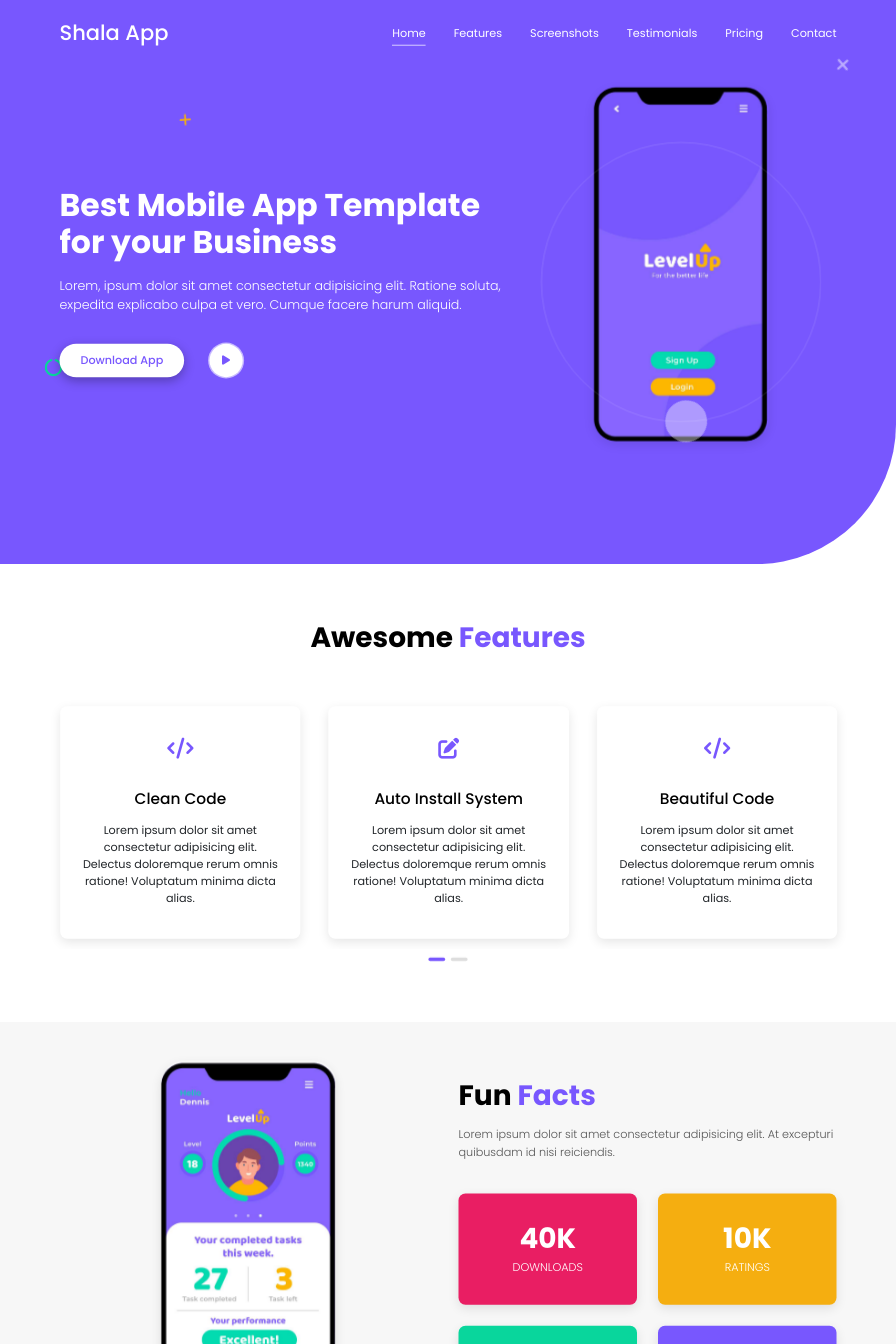
Repository: Mohamed-Hema/Shala-App
Page: index.html
An editor plug-in stored every save of this project. The page is shown before and after the next save, followed by the edit.
The browser window is 1280 px wide. The pictures show the part of the page from y = 0 to 1920 px (the page is 3387 px tall before and 3514 px after), at 70% of full size.
Some web libraries are served in a nearby version.

Above is the page before, as saved 2021-02-21 21:14:52.

### index.html
<!DOCTYPE html>
<html lang="zxx">
<head>
  <title>Shala - App Landing Page</title>
  <meta charset="utf-8">
  <meta name="viewport" content="width=device-width, initial-scale=1">
  <!-- owl carousel css -->
  <link rel="stylesheet" href="css/owl.carousel.min.css">
  <!-- font awesome icons -->
  <script src="https://kit.fontawesome.com/794108ad0e.js" crossorigin="anonymous"></script>
  <!-- bootstrap css -->
  <link rel="stylesheet" href="css/bootstrap.min.css">
  <!-- main css -->
  <link rel="stylesheet" href="css/style.css">
</head>
<body>

  <!-- Start NavBar -->
  <nav class="navbar navbar-expand-md fixed-top">
    <div class="container">
      <!-- Brand -->
      <a class="navbar-brand" href="#">Shala App</a>

      <!-- Toggler/collapsibe Button -->
      <button class="navbar-toggler" type="button" data-toggle="collapse" data-target="#collapsibleNavbar">
        <span class="navbar-toggler-icon"></span>
      </button>

      <!-- Navbar links -->
      <div class="collapse navbar-collapse" id="collapsibleNavbar">
        <ul class="navbar-nav ml-auto">
          <li class="nav-item">
            <a class="nav-link active" href="#">Home</a>
          </li>
          <li class="nav-item">
            <a class="nav-link" href="#">Features</a>
          </li>
          <li class="nav-item">
            <a class="nav-link" href="#">Screenshots</a>
          </li>
          <li class="nav-item">
            <a class="nav-link" href="#">Testimonials</a>
          </li>
          <li class="nav-item">
            <a class="nav-link" href="#">Pricing</a>
          </li>
          <li class="nav-item">
            <a class="nav-link" href="#">Contact</a>
          </li>
        </ul>
      </div>
    </div>
  </nav>

  <!-- End NavBar -->
  <!-- Start Home Section -->
  <section class="home d-flex align-items-center">
    <div class="effect-wrap">
      <i class="fas fa-plus effect effect-1"></i>
      <i class="fas fa-plus effect effect-2"></i>
      <i class="fas fa-circle-notch effect effect-3"></i>
    </div>
    <div class="container">
      <div class="row align-items-center">
        <div class="col-md-7">
          <div class="home-text">
            <h1>Best Mobile App Template for your Business</h1>
            <p>Lorem, ipsum dolor sit amet consectetur adipisicing elit. Ratione soluta, expedita explicabo culpa et vero. Cumque facere harum aliquid.</p>
            <div class="home-btn">
              <a href="#" class="btn btn-1">Download App</a>
              <button type="button" class="btn btn-1 video-play-btn">
                <i class="fas fa-play"></i>
              </button>
            </div>
          </div>
        </div>
        <div class="col-md-5 text-center">
          <div class="home-img">
            <div class="circle"></div>
            <img src="img/app-screenshots/1.png" alt="First App Screen">
          </div>
        </div>
      </div>
    </div>
  </section>
  <!-- End Home Section -->
  <!-- Start Video PopUp -->
  <div class="video-popup">
    <div class="video-popup-inner">
      <i class="fas fa-times video-popup-close"></i>
      <div class="iframe-box">
        <iframe id="player-1" src="https://www.youtube.com/embed/o1eY1MPcRQs" allow="accelerometer; autoplay; clipboard-write; encrypted-media; gyroscope; picture-in-picture" allowfullscreen></iframe>
      </div>
    </div>
  </div>
  <!-- End Video PopUP -->
  <!-- Start Features Section -->
  <section class="features section-padding">
    <div class="container">
      <div class="row justify-content-center">
        <div class="col-lg-8">
          <div class="section-title">
            <h2>Awesome <span>Features</span></h2>
          </div>
        </div>
      </div>
      <div class="row">
        <div class="owl-carousel features-carousel">
          <div class="feature-item">
            <div class="icon"><i class="fas fa-code"></i></div>
            <h3>Clean Code</h3>
            <p>Lorem ipsum dolor sit amet consectetur adipisicing elit. Delectus doloremque rerum omnis ratione! Voluptatum minima dicta alias.</p>
          </div>
          <div class="feature-item">
            <div class="icon"><i class="fas fa-edit"></i></div>
            <h3>Auto Install System</h3>
            <p>Lorem ipsum dolor sit amet consectetur adipisicing elit. Delectus doloremque rerum omnis ratione! Voluptatum minima dicta alias.</p>
          </div>
          <div class="feature-item">
            <div class="icon"><i class="fas fa-code"></i></div>
            <h3>Beautiful Code</h3>
            <p>Lorem ipsum dolor sit amet consectetur adipisicing elit. Delectus doloremque rerum omnis ratione! Voluptatum minima dicta alias.</p>
          </div>
          <div class="feature-item">
            <div class="icon"><i class="fas fa-check"></i></div>
            <h3>Fast Load App</h3>
            <p>Lorem ipsum dolor sit amet consectetur adipisicing elit. Delectus doloremque rerum omnis ratione! Voluptatum minima dicta alias.</p>
          </div>
          <div class="feature-item">
            <div class="icon"><i class="fas fa-desktop"></i></div>
            <h3>Responsive Design</h3>
            <p>Lorem ipsum dolor sit amet consectetur adipisicing elit. Delectus doloremque rerum omnis ratione! Voluptatum minima dicta alias.</p>
          </div>

        </div>
      </div>
    </div>
  </section>

  <!-- End Features Section -->
  <!-- Start Fun Facts Section -->
  <section class="fun-facts section-padding">
    <div class="container">
      <div class="row">
        <div class="col-lg-6 col-md-5 d-flex align-items-center justify-content-center">
          <div class="fun-facts-img">
            <img src="img/app-screenshots/2.png" alt="Fun Facts">
          </div>
        </div>
        <div class="col-lg-6 col-md-7">
          <div class="section-title">
            <h2>Fun <span>Facts</span></h2>
          </div>
          <div class="fun-facts-text">
            <p>Lorem ipsum dolor sit amet consectetur adipisicing elit. At excepturi quibusdam id nisi reiciendis.</p>
            <div class="row">
              <div class="col-sm-6">
                <div class="fun-fact-item style-1">
                  <h3>40K</h3>
                  <span>Downloads</span>
                </div>
              </div>
              <div class="col-sm-6">
                <div class="fun-fact-item style-2">
                  <h3>10K</h3>
                  <span>Ratings</span>
                </div>
              </div>
              <div class="col-sm-6">
                <div class="fun-fact-item style-3">
                  <h3>5K</h3>
                  <span>Monthly Users</span>
                </div>
              </div>
              <div class="col-sm-6">
                <div class="fun-fact-item style-4">
                  <h3>150</h3>
                  <span>Awards</span>
                </div>
              </div>
            </div>
            </div>
          </div>
        </div>
      </div>
    </div>
  </section>

  <!-- End Fun Facts Section -->
  <!-- Start App Screenshots Section -->
  <section class="app-screenshots section-padding">
    <div class="container">
      <div class="row justify-content-center">
        <div class="col-lg-8">
          <div class="section-title">
            <h2>App <span>Screenshots</span></h2>
          </div>
        </div>
      </div>
      <div class="row">
        <div class="owl-carousel screensots-carousel">
          <div class="screenshots-item">
            <img src="img/app-screenshots/1.png" alt="Screenshot">
          </div>
          <div class="screenshots-item">
            <img src="img/app-screenshots/2.png" alt="Screenshot">
          </div>
          <div class="screenshots-item">
            <img src="img/app-screenshots/3.png" alt="Screenshot">
          </div>
          <div class="screenshots-item">
            <img src="img/app-screenshots/1.png" alt="Screenshot">
          </div>
          <div class="screenshots-item">
            <img src="img/app-screenshots/2.png" alt="Screenshot">
          </div>

        </div>
      </div>
    </div>
  </section>

  <!-- End App Screenshots Section -->
  <!-- Start App Downlaod Section -->
  <section class="app-download section-padding">
    <div class="container">
      <div class="row justify-content-center">
        <div class="col-lg-8">
          <div class="section-title">
            <h2>Download <span>App</span></h2>
          </div>
        </div>
      </div>
      <div class="row">
        <div class="col-lg-4 col-md-6">
          <div class="app-download-item">
            <i class="fas fa-google-play">
              <h3>Google Play</h3>
              <p>Lorem ipsum dolor sit amet consectetur adipisicing elit.</p>
              <a href="#" class="btn btn-2"></a>
            </i>
          </div>
        </div>
      </div>
    </div>
  </section>
  <!-- End App Downlaod Section -->

<!-- jquery js -->
<script src="js/jquery.min.js"></script>
<!-- popper js -->
<script src="js/popper.min.js"></script>
<!-- bootstrap js -->
<script src="js/bootstrap.min.js"></script>
<!-- owl carousel js -->
<script src="js/owl.carousel.min.js"></script>
<!-- ScrollIt js -->
<script src="js/scrollIt.min.js"></script>
<!-- main js -->
<script src="js/main.js"></script>
</body>
</html>

### css/style.css
/* Start Global Styles */
@import url('https://fonts.googleapis.com/css2?family=Poppins:wght@300;400;500;600;700;800;900&display=swap');

*{
    margin: 0;
    padding: 0;
    outline: none!important;
}

:root{
    --main-color: #7857fe;
    --color-1: #e91e63;
    --color-2: #f5ae10;
    --color-3: #09d69c;
    --bg-dark: #2b2c2f;
    --main-to-dark-color: var(--main-color);
    --dark-to-main-color: var(--bg-dark);
    --shadow-black-100: 0 5px 15px rgba(0,0,0,.1);
    --shadow-black-300: 0 5px 15px rgba(0,0,0,.3);
    --black-900: #000;
    --black-400: #555555;
    --black-100: #f7f7f7;
    --black-000: #fff;
    --black-alpha-100: rgba(0,0,0,0.05);
}

body{
    font-family: 'Poppins', sans-serif;
    font-size: 16px;
    font-weight: 400;
    overflow-x: hidden;
    background-color: #fff;
    line-height: 1.5;
}
img{
    max-width: 100%;
    vertical-align: middle;
}
ul{
    list-style: none;
}
.btn-1{
    background-color: #fff;
    padding: 12px 30px;
    border: none;
    border-radius: 30px;
    color: var(--main-color);
    font-size: 16px;
    transition: all .5s ease;
    box-shadow: var(--shadow-black-300);
    font-weight: 500;
}
.btn-1:focus{
    box-shadow: var(--shadow-black-300);
}
.btn-1:hover{
    color: #fff;
    background-color: var(--main-color);
}
@keyframes spin_01{
    0%{
        transform: rotate(0deg);
    }
    100%{
        transform: rotate(360deg);
    }
}
@keyframes bounceTop_01{
    0%, 100%{
        transform: translateY(-30px);
    }
    50%{
        transform: translateY(0px);
    }
}
@keyframes pulse_01{
    0%{
        transform: scale(0.94);
        box-shadow: 0 0 0 0 rgba(255,255,255,0.7);
    }
    70%{
        transform: scale(1);
        box-shadow: 0 0 0 12px rgba(255,255,255,0);
    }
    100%{
        transform: scale(0.94);
        box-shadow: 0 0 0 0 rgba(255, 255, 255, 0);
    }
}
.effect-wrap .effect{
    position: absolute;
    z-index: -1;
}
.effect-wrap .effect-1{
    left: 20%;
    top: 20%;
    font-size: 20px;
    color: var(--color-2);
    animation: spin_01 5s linear infinite;
}
.effect-wrap .effect-2{
    right: 5%;
    top: 10%;
    font-size: 25px;
    color: rgba(255, 255, 255, .5);
    animation: spin_01 7s linear infinite;
}
.effect-wrap .effect-3{
    left: 5%;
    bottom: 30%;
    font-size: 25px;
    color: var(--color-3);
    animation: bounceTop_01 3s linear infinite;
}
.section-padding{
    padding: 80px 0;
}
.section-title h2{
    font-size: 40px;
    color: var(--black-900);
    font-weight: 700;
    text-align: center;
    margin: 0;
}
.section-title{
    margin-bottom: 60px;
}
.section-title h2 span{
    color: var(--main-color);
}
.owl-carousel .owl-dots{
    color: var(--main-color);
}
.owl-carousel .owl-dots{
    text-align: center;
}
.owl-carousel .owl-dots .active{
    background-color: var(--main-color);
}
.owl-carousel button.owl-dot{
    height: 5px;
    width: 24px;
    background-color: #ddd;
    display: inline-block;
    margin: 0 4px;
    border-radius: 5px;
}
/* End Global Styles */
/* Start Navbar */
.navbar{
    background-color: transparent;
    padding: 20px 0;
    transition: all .5s ease;
}
.navbar.navbar-shrink{
    box-shadow: 0 10px 10px rgba(0, 0, 0, .1);
    background-color: var(--main-color);
    padding: 10px 0;
}
.navbar > .container{
    padding: 0 15px;
}
.navbar .navbar-brand{
    font-size: 30px;
    color: #fff;
    font-weight: 500;
}
.navbar .nav-item{
    margin-left: 40px;
}
.navbar .nav-item .nav-link{
    color: #fff;
    font-size: 16px;
    font-weight: 400;
    padding: 5px 0;
    position: relative;
}
.navbar .nav-item .nav-link::before{
    content: '';
    position: absolute;
    left: 0;
    right: 0;
    bottom: 0;
    height: 1px;
    background-color: #fff;
    transition: all .5s ease;
    transform: scale(0);
}
.navbar .nav-item .nav-link.active::before,
.navbar .nav-item .nav-link:hover::before{
    transform: scale(1);
}
.navbar .nav-item .nav-link:hover.active::before{
    transform: scale(0);
}
/* End Navbar */
/* Start Home Section */
.home{
    min-height: 100vh;
    padding: 150px 0;
    background-color: var(--main-to-dark-color);
    border-radius: 0 0 200px 0;
    position: relative;
    z-index: 1;
}
.home-text h1{
    font-size: 45px;
    font-weight: 700;
    color: #fff;
    margin: 0 0 20px;
}
.home-text p{
    font-size: 18px;
    line-height: 28px;
    color: #fff;
    margin: 0;
    font-weight: 300;
}
.home .home-btn{
    margin-top: 40px;
}
.home .home-btn .video-play-btn:hover{
    animation: none;
    box-shadow: var(--shadow-black-300);
}
.home .home-btn .video-play-btn{
    margin-left: 30px;
    height: 50px;
    width: 50px;
    padding: 0;
    font-size: 16px;
    animation: pulse_01 2s ease infinite;
}
.home .home-btn .video-play-btn i{
    line-height: 50px;
}
.home-img img{
    max-width: 250px;
    width: 100%;
    box-shadow: var(--shadow-black-100);
    border-radius: 32px;
    animation: bounceTop_01 3s ease infinite;
}

.home-img{
    position: relative;
}
.home-img .circle{
    position: absolute;
    z-index: 1;
    height: 400px;
    width: 400px;
    border: 1px solid rgba(255, 255, 255, .2);
    border-radius: 50%;
    top: 50%;
    left: 50%;
    transform: translate(-50%, -50%);
}
.home-img .circle::before{
    content: '';
    position: absolute;
    height: 60px;
    width: 60px;
    background-color: rgba(255, 255, 255, .4);
    border-radius: 50%;
    left: 30px;
    top: 30px;
    transform-origin: 170px 170px;
    animation: spin_01 10s linear infinite;
}
/* Video PopUP */
.video-popup{
    padding: 30px;
    position: fixed;
    left: 0;
    top: 0;
    width: 100%;
    height: 100%;
    z-index: 1999;
    background-color: rgba(0,0,0,.7);
    display: flex;
    align-items: center;
    justify-content: center;
    opacity: 0;
    visibility: hidden;
    transition: all .5s ease;
}
.video-popup.open{
    opacity: 1;
    visibility: visible;
}
.video-popup-inner{
    width: 100%;
    max-width: 900px;
    position: relative;
}
.video-popup .video-popup-close{
    position: absolute;
    right: 0;
    top: -30px;
    height: 30px;
    width: 30px;
    font-size: 16px;
    text-align: center;
    line-height: 30px;
    cursor: pointer;
    color: #fff;

}
.video-popup .iframe-box{
    height: 0;
    overflow-x: hidden;
    padding-top: 56.25%;
}
.video-popup #player-1 {
    position: absolute;
    left: 0;
    top: 0;
    width: 100%;
    height: 100%;
    border: 0;
}
/* End Home Section */
/* Start Features Section */
.features .feature-item{
    box-shadow: var(--shadow-black-100);
    margin: 15px;
    padding: 30px;
    border-radius: 10px;
    text-align:center;
    position: relative;
    z-index: 1;
    overflow: hidden;
}
.features .feature-item::after,
.features .feature-item::before{
    content: '';
    position: absolute;
    z-index: -1;
    border-radius: 50%;
    transition: all .5s ease;
    opacity: 0;
}
.features .feature-item::before{
    height: 20px;
    width: 20px;
    background-color: var(--color-1);
    left: -20px;
    top: 40%;
}
.features .feature-item::after{
    height: 30px;
    width: 30px;
    background-color: var(--color-2);
    left: -30px;
    top: 80%;
}
.features .feature-item .icon{
    height: 60px;
    width: 60px;
    margin: 0 auto 30px;
    text-align: center;
    font-size: 30px;
    color: var(--main-color);
    position: relative;
    z-index: 1;
    transition: all .5s ease;
    cursor: pointer;
}
.features .feature-item .icon::before{
    content: '';
    position: absolute;
    left: 100%;
    top: 0;
    width: 100%;
    height: 100%;
    background-color: var(--main-color);
    transition: all .5s ease;
    z-index: -1;
    opacity: 0;
}
.features .feature-item:hover .icon{
    color: #fff;
    font-size: 20px;
}
.features .feature-item:hover .icon::before{
    left: 0;
    border-radius: 50%;
    opacity: 1;

}
.features .feature-item .icon i{
    line-height: 60px;
}
.features .feature-item h3{
    font-size: 22px;
    margin: 0 0 20px;
    color: var(--black-900);
    font-weight: 500;
}
.features .feature-item .icon p{
    font-size: 16px;
    line-height: 26px;
    font-weight: 300;
    color: var(--black-400);
    margin: 0 0 15px;
}
/* End Features Section */
/* Start Fun Facts Section */
.fun-facts{
    background-color: var(--black-100);
}
.fun-facts-img img{
    max-width: 250px;
    width: 100%;
    box-shadow: var(--shadow-black-100);
    border-radius: 32px;
    animation: bounceTop_01 3s ease infinite;
}
.fun-facts .section-title{
    margin-bottom: 20px;
}

.fun-facts .section-title h2{
    text-align: left;
}
.fun-facts-text p{
    font-size: 16px;
    line-height: 26px;
    color: var(--black-400);
    margin: 0 0 15px;
    font-weight: 300;
}
.fun-fact-item{
    padding: 40px 30px;
    text-align: center;
    box-shadow: var(--shadow-black-100);
    border-radius: 10px;
    margin-top: 30px;
    color: #fff;
}
.fun-fact-item h3{
    font-size: 40px;
    font-weight: 700;
    margin: 0 0 5px;
}
.fun-fact-item span{
    font-size: 16px;
    text-transform: uppercase;
    font-weight: 300;
    margin: 0;
    line-height: 26px;
    display: block;
}
.fun-fact-item.style-1{
    background-color: var(--color-1);
}
.fun-fact-item.style-2{
    background-color: var(--color-2);
}
.fun-fact-item.style-3{
    background-color: var(--color-3);
}
.fun-fact-item.style-4{
    background-color: var(--main-color);
}
/* End Fun Facts Section */
/* Start App Screenshots Section */
.screenshot-item{
    margin: 15px;
}
.screenshot-item img{
    width: 100%;
    max-width: 250px;
    display: block;
    margin: auto;
}

/* End App Screenshots Section */
/* Start App Downlaod Section */
.app-download{
    background-image: url(../img/download-app-bg.jpg);
}

/* End App Downlaod Section */

### js/main.js
// import $ from "jQuery";
$(document).ready(function() {
    // NavBar Shrink
    $(window).on("scroll", function() {
        if($(this).scrollTop() > 90) {
            $(".navbar").addClass("navbar-shrink");
        } else {
            $(".navbar").removeClass("navbar-shrink");
        }
    });
    // Video popUP
    const vdeoSrc = $("#player-1").attr("src");
    $(".video-play-btn, .video-popup").on("click", function() {
        if($(".video-popup").hasClass("open")) {
            $(".video-popup").removeClass("open");
            $("#player-1").attr("src", "");
        } else {
            $(".video-popup").addClass("open");
            if($("#player-1").attr("src")==''){
                $("#player-1").attr("src", videoSrc);
            }
        }
    });
    // Features Carousel
    $('.features-carousel').owlCarousel({
        loop:true,
        margin:10,
        responsiveClass:true,
        responsive:{
            0:{
                items:1,
            },
            600:{
                items:2,
            },
            1000:{
                items:3,

            }
        }
    })

    // App ScreenShots Carousel
    $('.screensots-carousel').owlCarousel({
        loop:true,
        margin:10,
        responsiveClass:true,
        responsive:{
            0:{
                items:1,
            },
            600:{
                items:2,
            },
            1000:{
                items:4,

            }
        }
    })
});

Loaded but not shown: css/owl.carousel.min.css (library); css/bootstrap.min.css (library); js/jquery.min.js (library); js/popper.min.js (library); js/bootstrap.min.js (library); js/owl.carousel.min.js (library); js/scrollIt.min.js (common file)

After the next save:
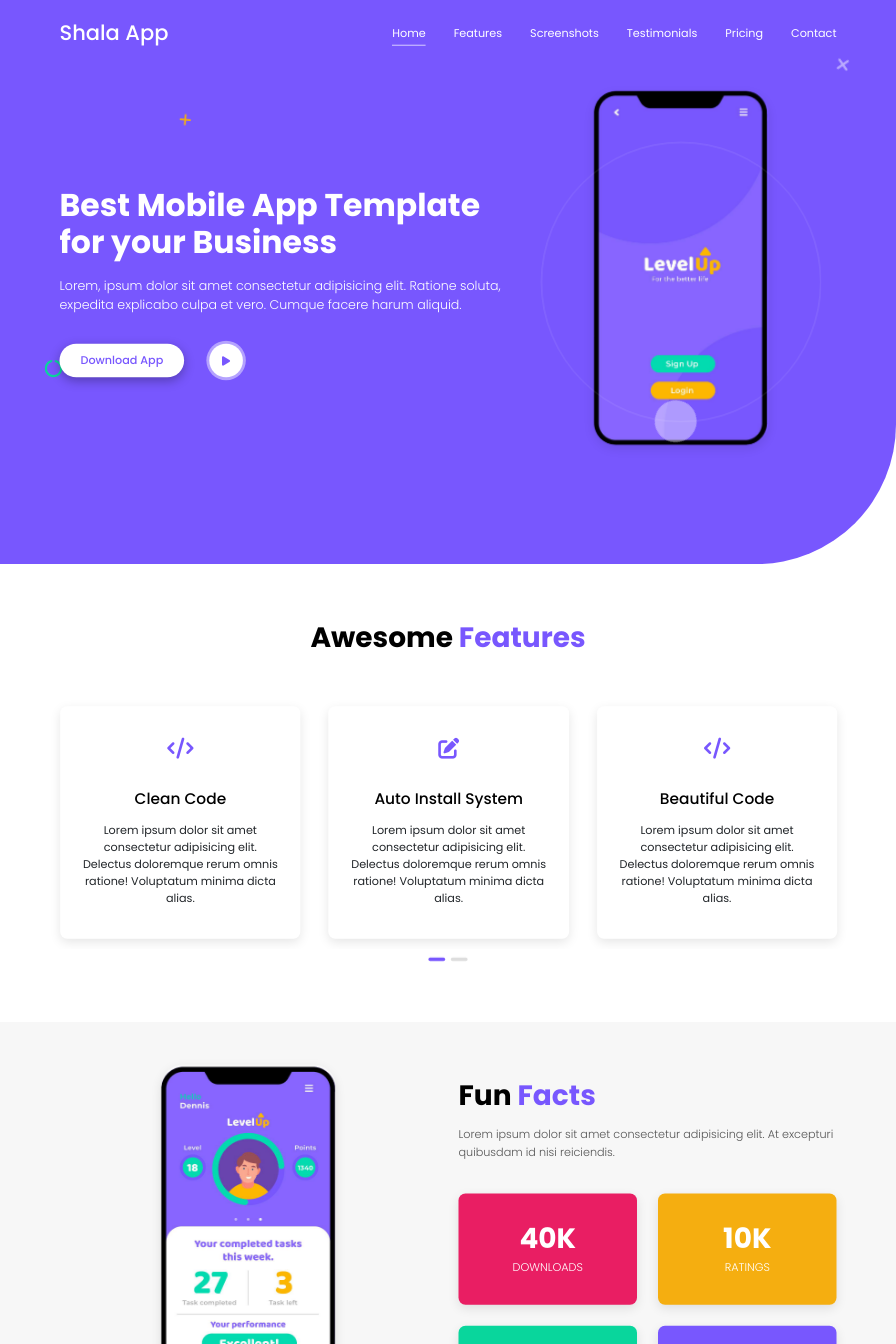
Saved 19 s later.
--- a/index.html
+++ b/index.html
@@ -241,6 +241,33 @@
             </i>
           </div>
         </div>
+        <div class="col-lg-4 col-md-6">
+          <div class="app-download-item">
+            <i class="fas fa-google-play">
+              <h3>Google Play</h3>
+              <p>Lorem ipsum dolor sit amet consectetur adipisicing elit.</p>
+              <a href="#" class="btn btn-2"></a>
+            </i>
+          </div>
+        </div>
+        <div class="col-lg-4 col-md-6">
+          <div class="app-download-item">
+            <i class="fas fa-google-play">
+              <h3>Google Play</h3>
+              <p>Lorem ipsum dolor sit amet consectetur adipisicing elit.</p>
+              <a href="#" class="btn btn-2"></a>
+            </i>
+          </div>
+        </div>
+        <div class="col-lg-4 col-md-6">
+          <div class="app-download-item">
+            <i class="fas fa-google-play">
+              <h3>Google Play</h3>
+              <p>Lorem ipsum dolor sit amet consectetur adipisicing elit.</p>
+              <a href="#" class="btn btn-2"></a>
+            </i>
+          </div>
+        </div>
       </div>
     </div>
   </section>
